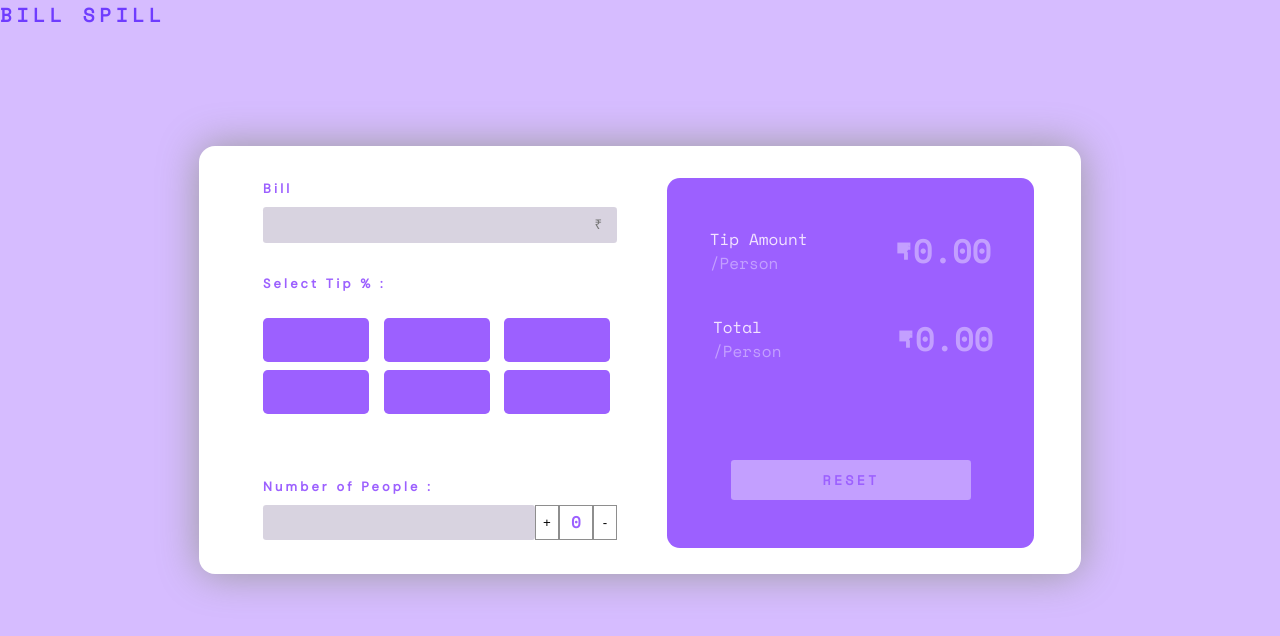
Repository: drumsmanku/micro-project-3
Page: index.html
An editor plug-in stored every save of this project. The page is shown before and after the next save, followed by the edit.
The browser window is 1280 px wide. The pictures show the whole page.

Above is the page before, as saved 2023-04-17 21:06:54.

### index.html
<!DOCTYPE html>
<html lang="en">
<head>
  <meta charset="UTF-8">
  <meta http-equiv="X-UA-Compatible" content="IE=edge">
  <meta name="viewport" content="width=device-width, initial-scale=1.0">
  <link rel="stylesheet" href="styles.css">
  <title>Bill Spill</title>
</head>
<body>
  <h2 class="outside-most-heading">BILL SPILL</h2>
  <main>

    <div class="entire-container">
      <div class="left-inside-container">
          <label for="amount">Bill</label>
          <input type="number" name="total" id="total-bill" placeholder="₹" >
          <div class="select-container">
            <label for="tip">Select Tip % :</label>
            <div class="button-containers">
              <button class="bt-1 sizing"></button>
              <button class="bt-2 sizing"></button>
              <button class="bt-3 sizing"></button>
              <button class="bt-4 sizing"></button>
              <button class="bt-5 sizing"></button>
              <button class="bt-6 sizing"></button>
            </div>
          </div>
          <label for="people">Number of People : </label>
          <div class="people-container">
            <input type="number" name="people" id="people-number">
            <button id="add-people">+</button>
            <h4 class="center-text">0</h4>
            <button id="sub-people">-</button>
          </div>
      </div>


      <div class="right-inside-container">
        <div class="first-second-line">
          <div class="first-line">
            <div class="first-line-first">
              <p class="one">Tip Amount</p>
              <p class="two">/Person</p>

            </div>
            <h1>₹0.00</h1>
          </div>
          <div class="second-line">
            <div class="first-line-first">
              <p class="one-two">Total</p>
              <p class="two-two">/Person</p>

            </div>
            <h1>₹0.00</h1>
          </div>
        </div>

        <input type="button" value="RESET">
      </div>
    </div>

  </main>
</body>
</html>

### styles.css
@import url('https://fonts.googleapis.com/css2?family=DM+Sans&display=swap');
@import url('https://fonts.googleapis.com/css2?family=DM+Sans&family=Space+Mono&display=swap');
/* font-family: 'DM Sans', sans-serif; */
*{
  padding: 0;
  margin: 0;
}

main{
  width: 100%;
  height: 100vh;
  display: flex;
  justify-content: center;
  align-items: center;
  background-color:  #D6BCFF;
}

main>h2{
  position: relative;
  top: -4rem;
}

.entire-container{
  width: 818px;
  height: 428px;
  background-color: white;

  display: flex;
  padding-left: 4rem;
  flex-direction: row;
  border-radius: 1rem;
  box-shadow: 0 0 40px rgb(154, 154, 154);
}

.left-inside-container{
  display: flex;
  flex-wrap: wrap;
  flex-direction: column;
  justify-content: center;
}

.button-containers{
  display: grid;
  grid-template-columns: repeat(3, minmax(0,1fr));
  grid-template-rows: repeat(2, minmax(0,1fr));
  grid-gap: 0.5rem;
  margin-top: 1rem;
}

.sizing{
  width: 106px;
  height: 44px;
  border: none;
  background-color: #9C60FF;
  border-radius: 0.3rem;
}
.people-container{
  display: flex;
  flex-direction: row;
}
.people-container>h4{
  border: 1px solid #8E8E8E;
  width: 2rem;
  text-align: center;
  padding-top: 4px;
  color: #9C60FF;
  font-family: 'Space Mono';
  font-size: 1rem;
}
.people-container>button{
  background: none;
  border: 1px solid #8E8E8E;
  width: 1.5rem;
}

.select-container{
  display: flex;
  flex-direction: column;
  margin: 2rem 0 4rem 0;
}

.right-inside-container{
  width: 367px;
  height: 370px;
  background-color: #9C60FF;
  border-radius: 0.8rem;
  position: relative;
  top: 2rem;
  margin-left: 10px;
  right: -40px;
  display: flex;
  flex-direction: column;
  justify-content:space-around;
}
.first-line{
  display: flex;
  justify-content: space-around;
  margin-bottom: 2.5rem;
}
.second-line{
  display: flex;
  justify-content: space-around;
}
.first-second-line{
  font-family: 'Space Mono';

}
.first-second-line h1{
  color: #C39FFF;
  font-weight: bold;
}
.first-line-first{
  color: #F3E4FF;;
}
.first-line-first .two,.two-two{
  color: #C39FFF;
}
.second-line>h1{
  margin-left: 2rem;
}
.one-two,.two-two{
  margin-left: 5px;
}
input[value='RESET']{
  width:15rem;
  height: 2.5rem;
  text-align: center;
  margin-left: 4rem;
  background-color: #C39FFF;
  letter-spacing: 0.2rem;
  font-family: 'Space Mono';
  font-weight: bold;
  transition: 0.2s ease-in;
}
.button-containers button{
  transition: 0.1s ease-in;
}
.button-containers button:hover{
  opacity: 0.7;
}
input[value='RESET']:hover{
  opacity: 0.7;

}
input[id='people-number']{
  width: 17rem;
}

.outside-most-heading{
  position: absolute;
  z-index: 999;
  font-family: 'Space Mono';
  color: #6F3CFF;
  letter-spacing: 0.3rem;
  font-size: 1.2rem;
}
input{
  border-radius: 0.2rem;
  border: none;
  background-color: rgba(182, 172, 196, 0.53);
  height: 2.2rem;
  text-align: end;
  color: #9C60FF;
}
label{
  color: #9C60FF;
  font-size: 0.8rem;
  font-family: 'DM Sans';
  font-weight: bold;
  letter-spacing: 0.2rem;
  margin-bottom: 10px;
}

After the next save:
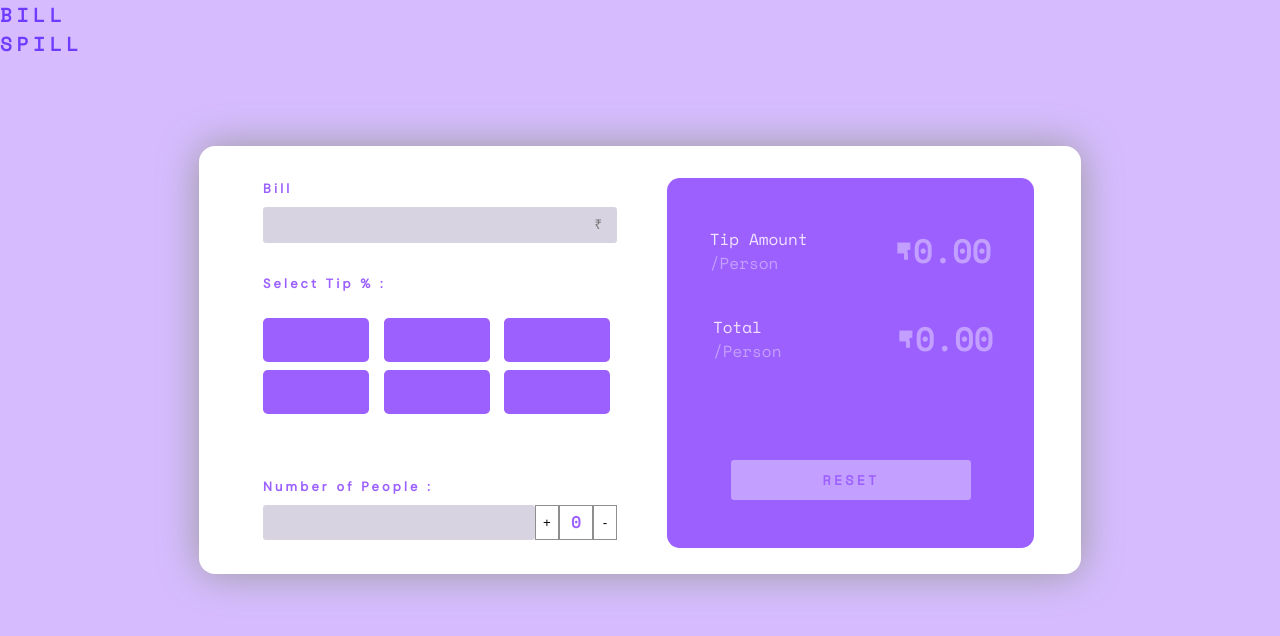
Saved 27 s later.
--- a/index.html
+++ b/index.html
@@ -8,7 +8,7 @@
   <title>Bill Spill</title>
 </head>
 <body>
-  <h2 class="outside-most-heading">BILL SPILL</h2>
+  <h2 class="outside-most-heading">BILL <br>SPILL</h2>
   <main>
 
     <div class="entire-container">
